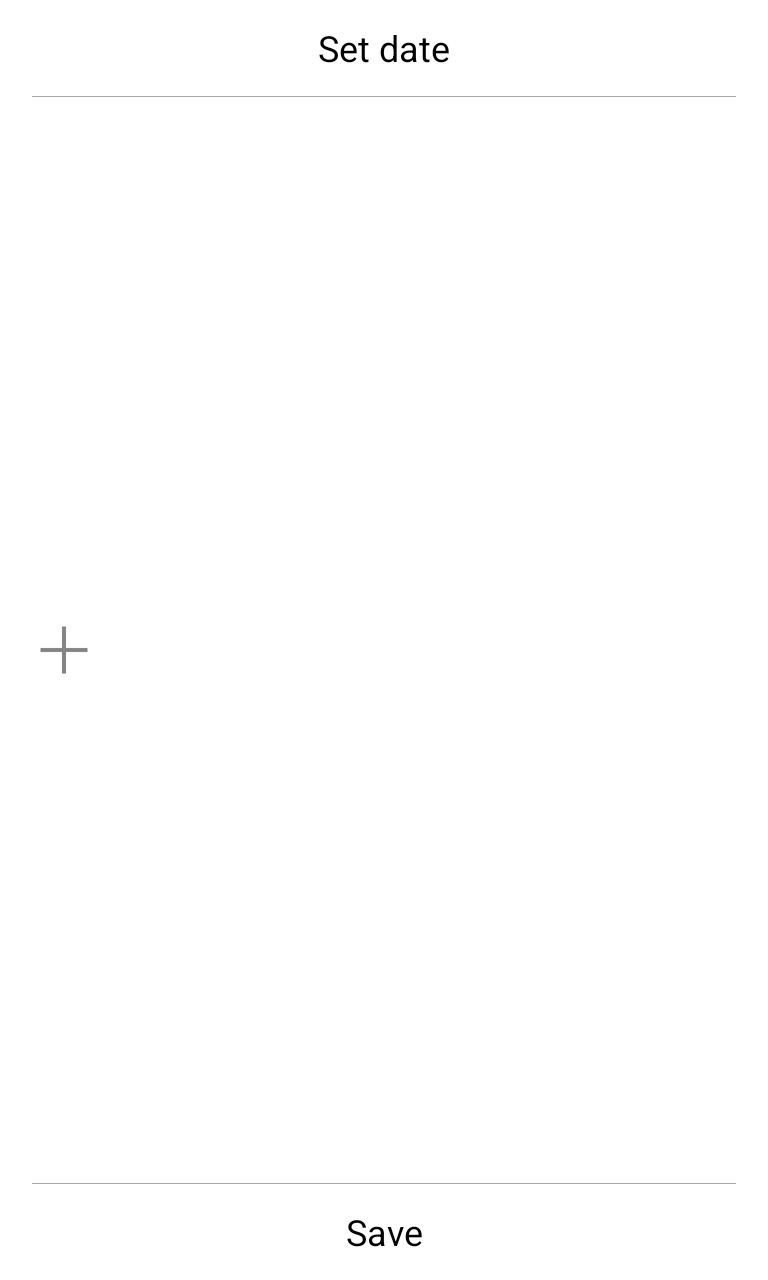
Repository: larserikstrand/IMT4904-Master
Layout: MTP/res/layout/activity_list.xml
The author's editor kept a copy of each file at every save. The layout is drawn from the files as they stood at one save, then again after a run of saves.
It is drawn on a 768 x 1280 px phone screen (xhdpi) without system bars, with theme android:Theme.Holo.Light; the app's code is not run. Lists and similar views that code fills are empty.

Above is the layout before, as saved 2014-02-13 10:54:28.

### MTP/res/layout/activity_list.xml
<RelativeLayout xmlns:android="http://schemas.android.com/apk/res/android"
    xmlns:tools="http://schemas.android.com/tools"
    android:layout_width="match_parent"
    android:layout_height="match_parent"
    android:paddingLeft="@dimen/activity_horizontal_margin"
    android:paddingRight="@dimen/activity_horizontal_margin"
    tools:context=".ListActivity" >

    <Button android:id="@+id/date_button"
        android:layout_width="match_parent"
        android:layout_height="wrap_content"
        android:layout_alignParentTop="true"
        android:background="?android:attr/selectableItemBackground"
        android:text="@string/set_date" />

    <View android:id="@+id/underline_view1"
        android:layout_width="match_parent"
        android:layout_height="0.2dp"
        android:layout_below="@id/date_button"
        android:background="@android:color/darker_gray" />

    <Button android:id="@+id/save_button"
        android:layout_width="match_parent"
        android:layout_height="wrap_content"
        android:layout_alignParentBottom="true"
        android:background="?android:attr/selectableItemBackground"
        android:text="@string/save" />

    <View android:id="@+id/underLine_view2"
        android:layout_width="match_parent"
        android:layout_height="0.2dp"
        android:layout_above="@id/save_button"
        android:background="@android:color/darker_gray" />

    <ListView android:id="@+id/tasklist_list"
        android:layout_width="match_parent"
        android:layout_height="wrap_content"
        android:layout_below="@+id/underline_view1" >

    </ListView>

    <ImageButton android:id="@+id/new_task_button"
        android:layout_width="wrap_content"
        android:layout_height="wrap_content"
        android:layout_marginTop="10dp"
        android:layout_gravity="center"
        android:layout_above="@id/underLine_view2"
        android:layout_below="@id/tasklist_list"
        android:background="?android:attr/selectableItemBackground"
        android:src="@drawable/ic_content_new"
        android:contentDescription="@string/new_task" />

</RelativeLayout>

### MTP/res/values/strings.xml
<?xml version="1.0" encoding="utf-8"?>
<resources>

    <!-- Titles -->
    <string name="app_name">MTP</string>
    <string name="title_activity_list">ListActivity</string>
    <string name="title_activity_new_task">New Task</string>
    <string name="title_activity_map">Map</string>

    <!-- Menu -->
    <string name="action_settings">Settings</string>
    <string name="action_about">About</string>

    <!-- General -->
    <string name="today">Today</string>
    <string name="week">Week</string>
    <string name="all_tasks">All Tasks</string>
    <string name="task">Task</string>
    <string name="new_task_list">New task list</string>
    <string name="new_task">New task</string>
    <string name="edit_list">Edit list</string>
    <string name="edit">Edit</string>
    <string name="delete">Delete</string>
    <string name="set_date">Set date</string>
    <string name="save">Save</string>
    <string name="done">Done</string>
    <string name="location">Location</string>
    <string name="location_hint">Enter location</string>
    <string name="pinpoint">or pinpoint location on map</string>
    <string name="task_description_hint">Task description</string>
    <string name="time">Time</string>
    <string name="fixed_time">Fixed time</string>
    <string name="from">From</string>
    <string name="to">To</string>
    <string name="divider">-</string>
    <string name="start">Start</string>
    <string name="pause">Pause</string>
    <string name="finished">Finished</string>

    <!-- Messages/Alerts -->
    <string name="set_location_message">You must choose a location for your task.</string>
    <string name="set_category_message">You must enter a task category.</string>
    <string name="set_time_message">This task has a fixed time. You must set the start and end time of the task.</string>
    <string name="save_message">Saving. Please wait&#8230;</string>

    <!-- Arrays -->
    <string-array name="undergraduate_tasks_array">
        <item>Attend lecture</item>
        <item>Write report</item>
        <item>Do course exercises</item>
        <item>Meeting</item>
        <item>Group work</item>
        <item>Other</item>
    </string-array>

    <string-array name="postgraduate_tasks_array">
        <item>Write thesis</item>
        <item>Meeting</item>
    </string-array>


    <!-- Colors -->
    <color name="lightgreen">#2200ff00</color>


</resources>

Loaded but not shown: MTP/res/values/dimens.xml (common file)

After the next 2 saves:
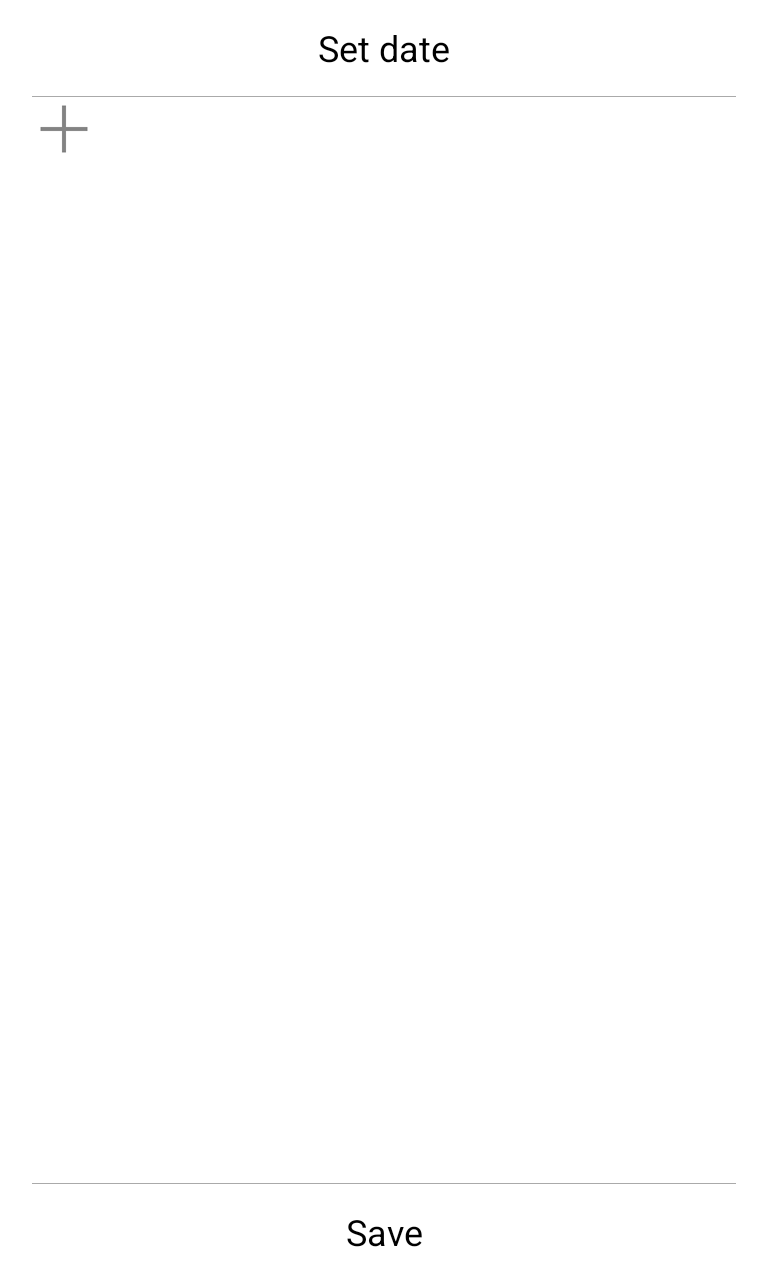
The 2 saves are shown as one change because 1 did not build or start.
The last was saved 49 s later.
--- a/MTP/res/layout/activity_list.xml
+++ b/MTP/res/layout/activity_list.xml
@@ -1,53 +1,48 @@
-<RelativeLayout xmlns:android="http://schemas.android.com/apk/res/android"
+<LinearLayout xmlns:android="http://schemas.android.com/apk/res/android"
     xmlns:tools="http://schemas.android.com/tools"
     android:layout_width="match_parent"
     android:layout_height="match_parent"
     android:paddingLeft="@dimen/activity_horizontal_margin"
     android:paddingRight="@dimen/activity_horizontal_margin"
+    android:orientation="vertical"
     tools:context=".ListActivity" >
 
     <Button android:id="@+id/date_button"
         android:layout_width="match_parent"
         android:layout_height="wrap_content"
-        android:layout_alignParentTop="true"
         android:background="?android:attr/selectableItemBackground"
         android:text="@string/set_date" />
 
-    <View android:id="@+id/underline_view1"
-        android:layout_width="match_parent"
+    <View android:layout_width="match_parent"
         android:layout_height="0.2dp"
-        android:layout_below="@id/date_button"
-        android:background="@android:color/darker_gray" />
-
-    <Button android:id="@+id/save_button"
-        android:layout_width="match_parent"
-        android:layout_height="wrap_content"
-        android:layout_alignParentBottom="true"
-        android:background="?android:attr/selectableItemBackground"
-        android:text="@string/save" />
-
-    <View android:id="@+id/underLine_view2"
-        android:layout_width="match_parent"
-        android:layout_height="0.2dp"
-        android:layout_above="@id/save_button"
         android:background="@android:color/darker_gray" />
 
     <ListView android:id="@+id/tasklist_list"
         android:layout_width="match_parent"
-        android:layout_height="wrap_content"
-        android:layout_below="@+id/underline_view1" >
+        android:layout_height="wrap_content" >
 
     </ListView>
 
     <ImageButton android:id="@+id/new_task_button"
         android:layout_width="wrap_content"
         android:layout_height="wrap_content"
-        android:layout_marginTop="10dp"
-        android:layout_gravity="center"
-        android:layout_above="@id/underLine_view2"
-        android:layout_below="@id/tasklist_list"
+        android:gravity="center"
         android:background="?android:attr/selectableItemBackground"
         android:src="@drawable/ic_content_new"
         android:contentDescription="@string/new_task" />
 
-</RelativeLayout>
+    <View android:layout_width="match_parent"
+        android:layout_height="0dp"
+        android:layout_weight="1" />
+
+    <View android:layout_width="match_parent"
+        android:layout_height="0.2dp"
+        android:background="@android:color/darker_gray" />
+
+    <Button android:id="@+id/save_button"
+        android:layout_width="match_parent"
+        android:layout_height="wrap_content"
+        android:background="?android:attr/selectableItemBackground"
+        android:text="@string/save" />
+
+</LinearLayout>
